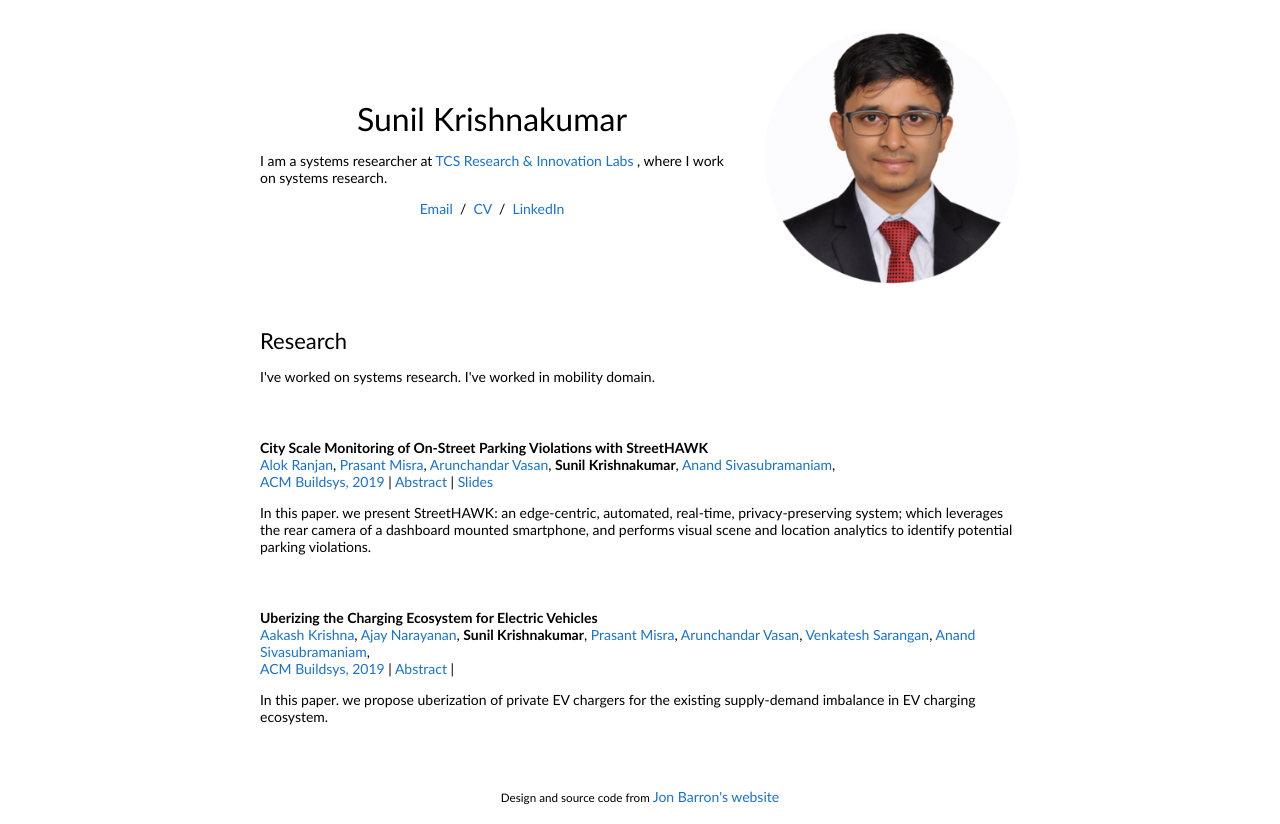
Repository: Sunil-KK/-
Page: index.html
The author's editor kept a copy of each file at every save. The page is drawn from the files as they stood at one save, then again after the next save.
The browser window is 1280 px wide. The pictures show the whole page.

Above is the page before, as saved 2020-09-02 02:06:22.

After the next save:
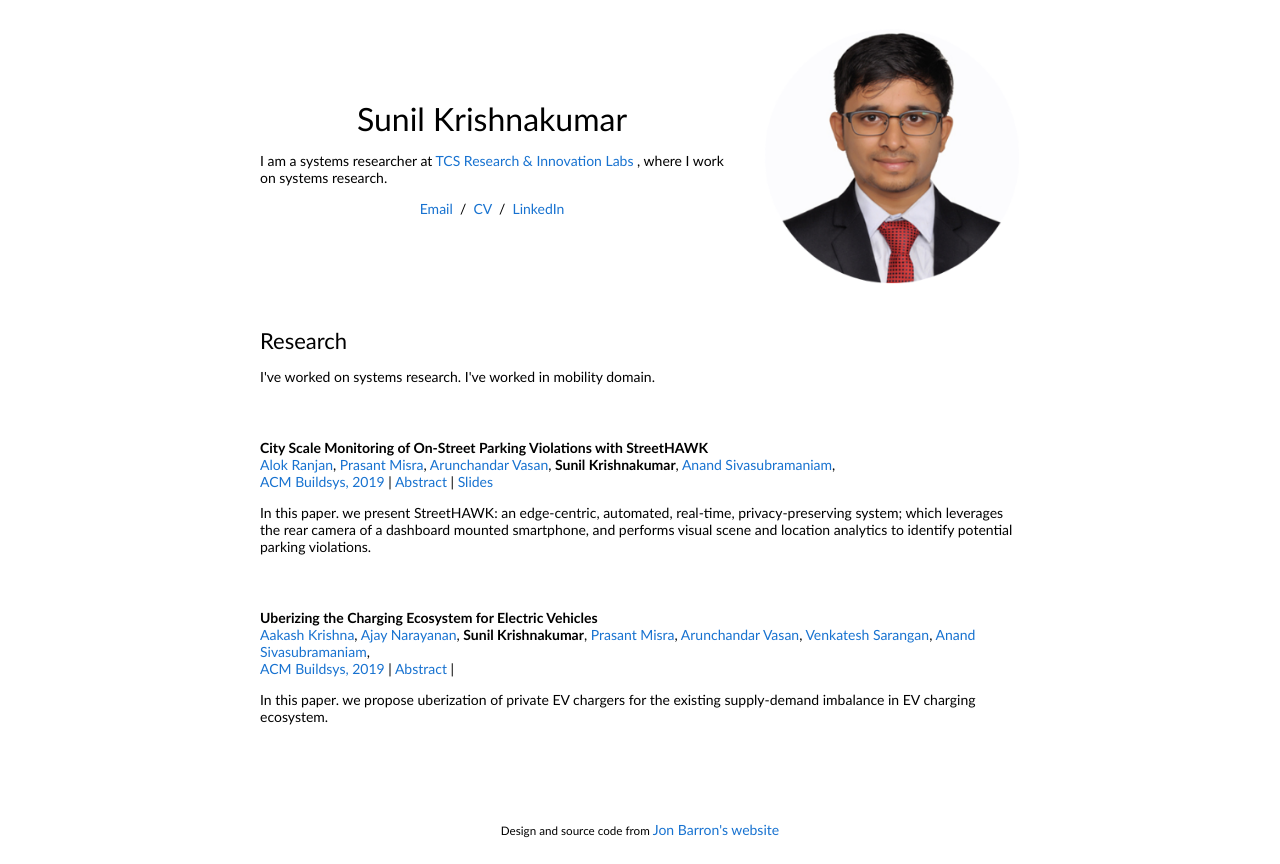
Saved 67 s later.
--- a/index.html
+++ b/index.html
@@ -115,7 +115,7 @@
             <td style="padding:0px">
               <br>
               <p style="text-align:center;font-size:smaller;">
-                Design and source code from <a href="https://github.com/jonbarron/jonbarron_website">Jon Barron's website</a>
+                Design and source code from <font size="100px"></font><a href="https://github.com/jonbarron/jonbarron_website">Jon Barron's website</a>
                 <br>
               </p>
             </td>
